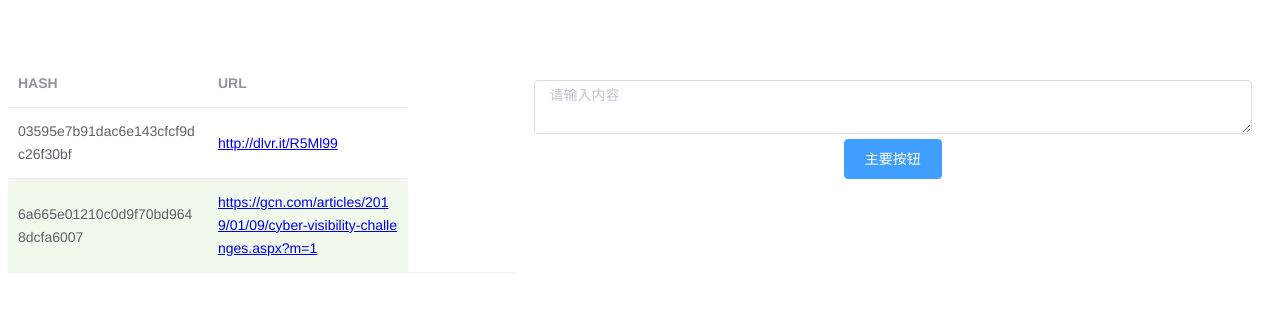
Repository: NicoleGX/TI
Page: /
The author's editor kept a copy of each file at every save. The page is drawn from the files as they stood at one save, then again after the next save.
The browser window is 1280 px wide. The pictures show the whole page.
The project was rebuilt for these pictures with package versions that can differ from the ones it lists, and the page was loaded fresh each time.

Above is the page before, as saved 2019-05-28 19:58:38.

### index.html
<!DOCTYPE html>
<html>
  <head>
    <meta charset="utf-8">
    <meta name="viewport" content="width=device-width,initial-scale=1.0">
    <title>cyberti</title>
  </head>
  <body>
    <div id="app"></div>
    <!-- built files will be auto injected -->
  </body>
</html>

### src/main.js
// The Vue build version to load with the `import` command
// (runtime-only or standalone) has been set in webpack.base.conf with an alias.
import Vue from 'vue'
import App from './App'
import router from './router'

import ElementUI from 'element-ui'
import 'element-ui/lib/theme-chalk/index.css';

Vue.use(ElementUI)

Vue.config.productionTip = false

/* eslint-disable no-new */
new Vue({
  el: '#app',
  router,
  components: { App },
  template: '<App/>'
})

### src/router/index.js
import Vue from 'vue'
import Router from 'vue-router'
import TextClassification from '@/views/TextClassification'

Vue.use(Router)

export default new Router({
  routes: [
    {
      path: '/',
      name: 'TextClassification',
      component: TextClassification
    }
  ]
})

### src/views/TextClassification.vue
<template>
  <el-container>
    <el-aside style="width: 40%">
      <el-table
        :data="tableData"
        style="width: 100%"
        :row-class-name="tableRowClassName">
        <el-table-column
          prop="hash"
          label="HASH"
          width="200">
        </el-table-column>
        <el-table-column
          prop="url"
          label="URL"
          width="200">
          <template slot-scope="scope">
            <a :href=scope.row.url
              target="_black"
              class="buttonText">{{scope.row.url}}</a>
          </template>
        </el-table-column>
      </el-table>
    </el-aside>
    <el-main style="width: 60%">
      <el-input
        type="textarea"
        :autosize="{ minRows: 2, maxRows: 4}"
        placeholder="请输入内容"
        v-model="textarea2">
      </el-input>
      <el-button type="primary" style="margin: 5px 0;">主要按钮</el-button>
    </el-main>
  </el-container>
</template>

<script>
export default {
  name: 'textclassfication',
  methods: {
    tableRowClassName({row, rowIndex}) {
      if (row['edit'] == 0) {
        return 'warning-row';
      } else if (row['edit'] == 1) {
        return 'success-row';
      }
      return '';
    }
  },
  data() {
    return {
      tableData: [{
        hash: '03595e7b91dac6e143cfcf9dc26f30bf',
        url: 'http://dlvr.it/R5Ml99',
        edit: 0
      }, {
        hash: '6a665e01210c0d9f70bd9648dcfa6007',
        url: 'https://gcn.com/articles/2019/01/09/cyber-visibility-challenges.aspx?m=1',
        edit: 1
      }],
      textarea2: ''
    }
  }
}
</script>

<style>
.el-table {
  width: 100%!important;
}
.el-table .warning-row {
  background: #fff;
}

.el-table .success-row {
  background: #f0f9eb;
}
</style>

Loaded but not shown: src/App.vue (common file)

After the next save:
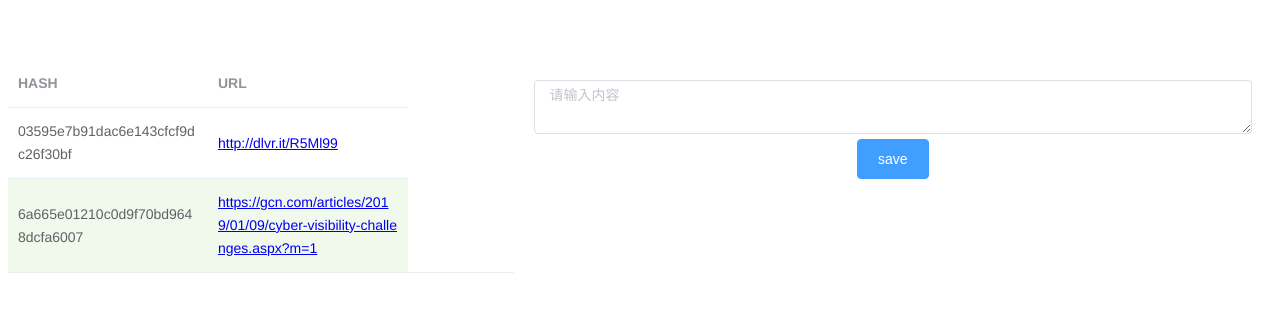
Saved 16 s later.
--- a/src/views/TextClassification.vue
+++ b/src/views/TextClassification.vue
@@ -29,7 +29,7 @@
         placeholder="请输入内容"
         v-model="textarea2">
       </el-input>
-      <el-button type="primary" style="margin: 5px 0;">主要按钮</el-button>
+      <el-button type="primary" style="margin: 5px 0;">save</el-button>
     </el-main>
   </el-container>
 </template>
